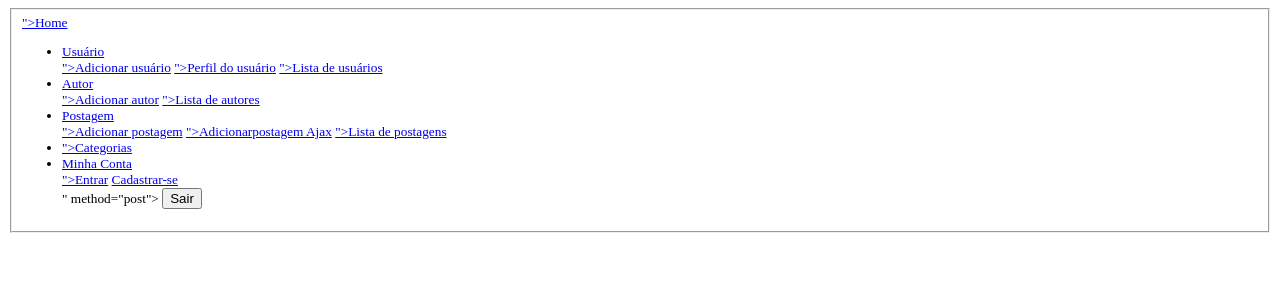
Repository: f4br1c10/Curso-Spring-Devmedia
Page: http://localhost/blog/WEB-INF/views/menu.jsp
An editor plug-in stored every save of this project. The page is shown before and after the next save, followed by the edit.
The browser window is 1280 px wide. The pictures show the whole page.
The page is served by Tomcat 9. Nobody is signed in. Other server files are loaded and not shown. The template is opened directly, without the code that normally fills it, so the values that code supplies are empty.

Above is the page before, as saved 2019-07-09 16:13:22.

### blog/src/main/webapp/WEB-INF/views/menu.jsp
<%@ page language="java" contentType="text/html; charset=UTF-8" pageEncoding="UTF-8"%>
<fieldset style="font-size: 10pt">
	<nav class="navbar navbar-expand-lg navbar-dark bg-dark">
		<a class="navbar-brand" href="<c:url value = "/"/> ">Home</a>
		<div class="collapse navbar-collapse" id="navbarNavDropdown">
			<ul class="navbar-nav">
				<li class="nav-item dropdown">
					<a class="nav-link dropdown-toggle" href="#" id="navbarDropdownMenuLink" role="button" data-toggle="dropdown"aria-haspopup="true" aria-expanded="false">
						Usuário
					</a>
					<div class="dropdown-menu" aria-labelledby="navbarDropdownMenuLink">
						<a class="dropdown-item" href="<c:url value = "/usuario/add"/>">Adicionar usuário</a>
						<security:authorize access="hasAuthority('ADMIN')">
		          			<a class="dropdown-item" href="<c:url value = "/usuario/perfil/${logado.id}"/>">Perfil do usuário</a>
		          		</security:authorize>
						<security:authorize access="hasAuthority('ADMIN')">
		          			<a class="dropdown-item" href="<c:url value = "/usuario/list"/>">Lista de usuários</a>
		          		</security:authorize>
					</div>
				</li>
				<li class="nav-item dropdown">
					<a class="nav-link dropdown-toggle" href="#" id="navbarDropdownMenuLink" role="button" data-toggle="dropdown"aria-haspopup="true" aria-expanded="false">
						Autor
					</a>
					<div class="dropdown-menu" aria-labelledby="navbarDropdownMenuLink">
						<a class="dropdown-item" href="<c:url value = "/autor/add"/>">Adicionar autor</a>
		          		<a class="dropdown-item" href="<c:url value = "/autor/list"/>">Lista de autores</a>
					</div>
				</li>
				<li class="nav-item dropdown">
					<a class="nav-link dropdown-toggle" href="#" id="navbarDropdownMenuLink" role="button" data-toggle="dropdown"aria-haspopup="true" aria-expanded="false">
						Postagem
					</a>
					<div class="dropdown-menu" aria-labelledby="navbarDropdownMenuLink">
						<a class="dropdown-item" href="<c:url value = "/postagem/add"/>">Adicionar postagem</a>
						<a class="dropdown-item" href="<c:url value = "/postagem/ajax/add"/>">Adicionarpostagem Ajax</a>
		          		<a class="dropdown-item" href="<c:url value = "/postagem/list"/>">Lista de postagens</a>
					</div>
				</li>
				<security:authorize access="hasAnyAuthority('ADMIN','AUTOR')">
					<li class="nav-item">
				    	<a class="nav-link" href="<c:url value = "/categoria/add"/>">Categorias</a>
				    </li>
			    </security:authorize>
			    <li class="nav-item dropdown">
					<a class="nav-link dropdown-toggle" href="#" id="navbarDropdownMenuLink" role="button" data-toggle="dropdown"aria-haspopup="true" aria-expanded="false">
						Minha Conta
					</a>
					<div class="dropdown-menu" aria-labelledby="navbarDropdownMenuLink">
			    	<c:if test="${logado == null}">
						<a class="dropdown-item" href="<c:url value = "/auth/form"/>">Entrar</a>
						<a class="dropdown-item" href="#"/>Cadastrar-se</a>
					</c:if>
						<security:authorize access="hasAnyAuthority('ADMIN','AUTOR','LEITOR')">
							<form action="<c:url value="/logout"/>" method="post">
							    <security:csrfInput/>
								<button type="submit" class="btn btn-danger btn-block">Sair</button>
							</form>
						</security:authorize>
					</div>
				</li>
			</ul>
		</div>
	</nav>

</fieldset>

After the next save:
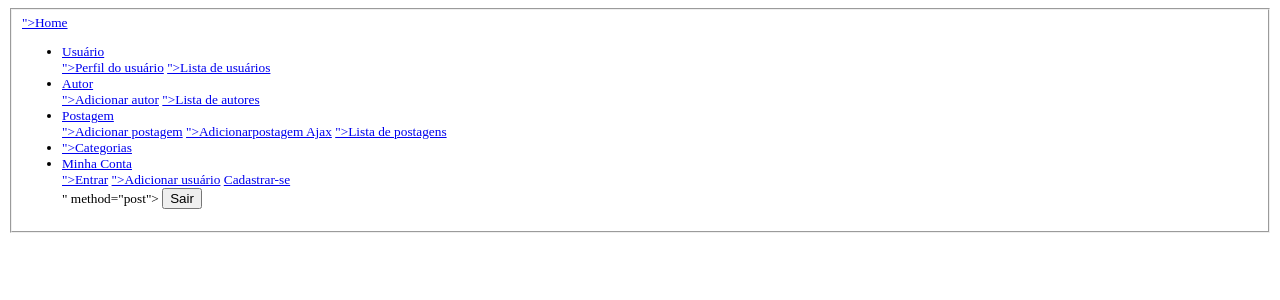
Saved 93 s later.
--- a/blog/src/main/webapp/WEB-INF/views/menu.jsp
+++ b/blog/src/main/webapp/WEB-INF/views/menu.jsp
@@ -9,7 +9,6 @@
 						Usuário
 					</a>
 					<div class="dropdown-menu" aria-labelledby="navbarDropdownMenuLink">
-						<a class="dropdown-item" href="<c:url value = "/usuario/add"/>">Adicionar usuário</a>
 						<security:authorize access="hasAuthority('ADMIN')">
 		          			<a class="dropdown-item" href="<c:url value = "/usuario/perfil/${logado.id}"/>">Perfil do usuário</a>
 		          		</security:authorize>
@@ -49,6 +48,7 @@
 					<div class="dropdown-menu" aria-labelledby="navbarDropdownMenuLink">
 			    	<c:if test="${logado == null}">
 						<a class="dropdown-item" href="<c:url value = "/auth/form"/>">Entrar</a>
+						<a class="dropdown-item" href="<c:url value = "/usuario/add"/>">Adicionar usuário</a>
 						<a class="dropdown-item" href="#"/>Cadastrar-se</a>
 					</c:if>
 						<security:authorize access="hasAnyAuthority('ADMIN','AUTOR','LEITOR')">
